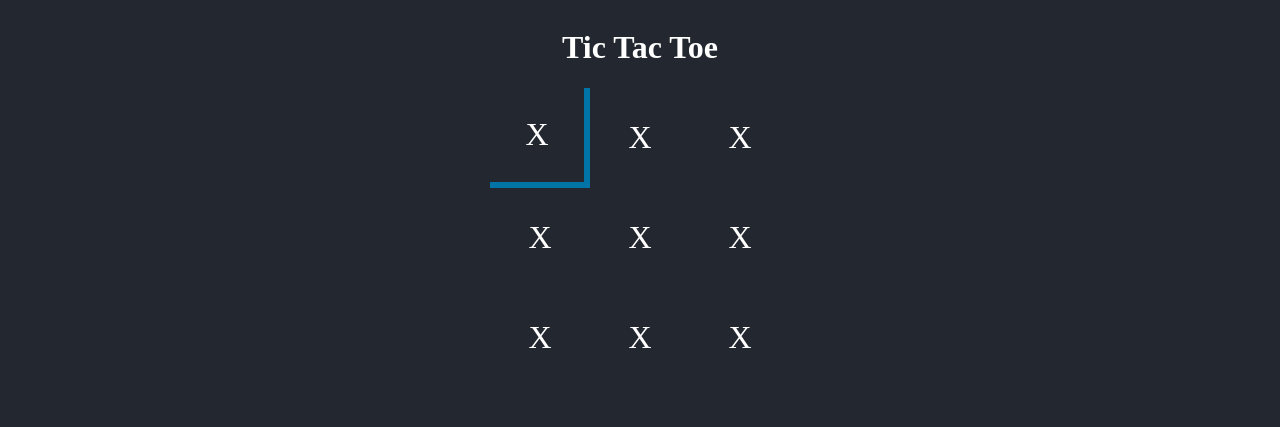
Repository: rts-cmk/tic-tac-toe-Malak-003
Page: /, after clicking the first element matching `div.board > :nth-child(7)`
An editor plug-in stored every save of this project. The page is shown before and after the next save, followed by the edit.
The browser window is 1280 px wide. The pictures show the whole page.
The project was rebuilt for these pictures with package versions that can differ from the ones it lists, and the page was loaded fresh each time. Also part of the build but not shown: vite.config.js, src/index.css.

Above is the page before, as saved 2025-11-04 09:28:26.

After the next save:
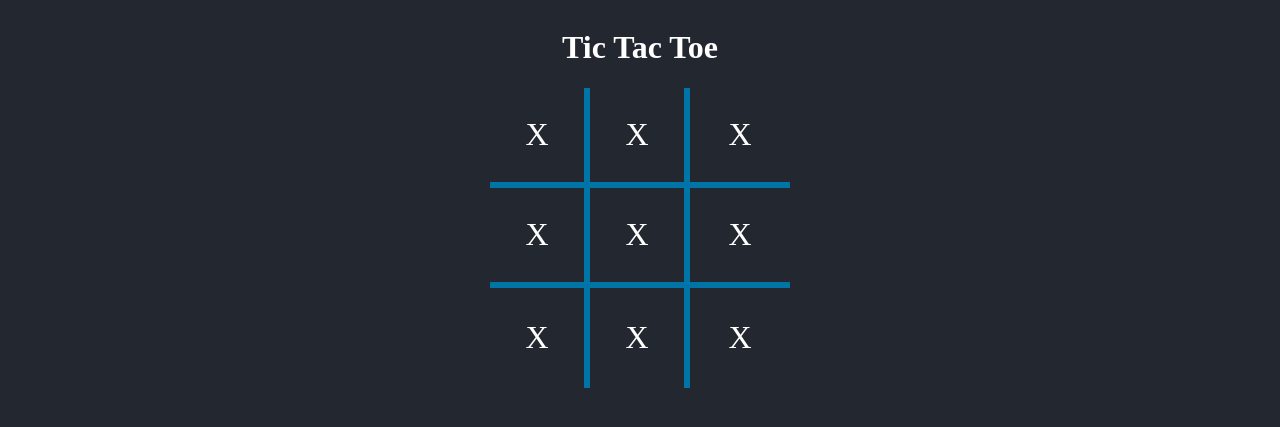
Saved 2 min 55 s later.
--- a/src/components/Board.jsx
+++ b/src/components/Board.jsx
@@ -4,13 +4,13 @@ import Tile from "./Tile"
 function Board(){
     return <div className="board">
         <Tile className="right-border bottom-border"/>
-        <Tile/>
-        <Tile/>
-        <Tile/>
-        <Tile/>
-        <Tile/>
-        <Tile/>
-        <Tile/>
+        <Tile className="right-border bottom-border"/>
+        <Tile className=" bottom-border"/>
+        <Tile className="right-border bottom-border"/>
+        <Tile className="right-border bottom-border"/>
+        <Tile className="bottom-border"/>
+        <Tile className="right-border "/>
+        <Tile className="right-border"/>
         <Tile/>
         <Strike/>
     </div>
